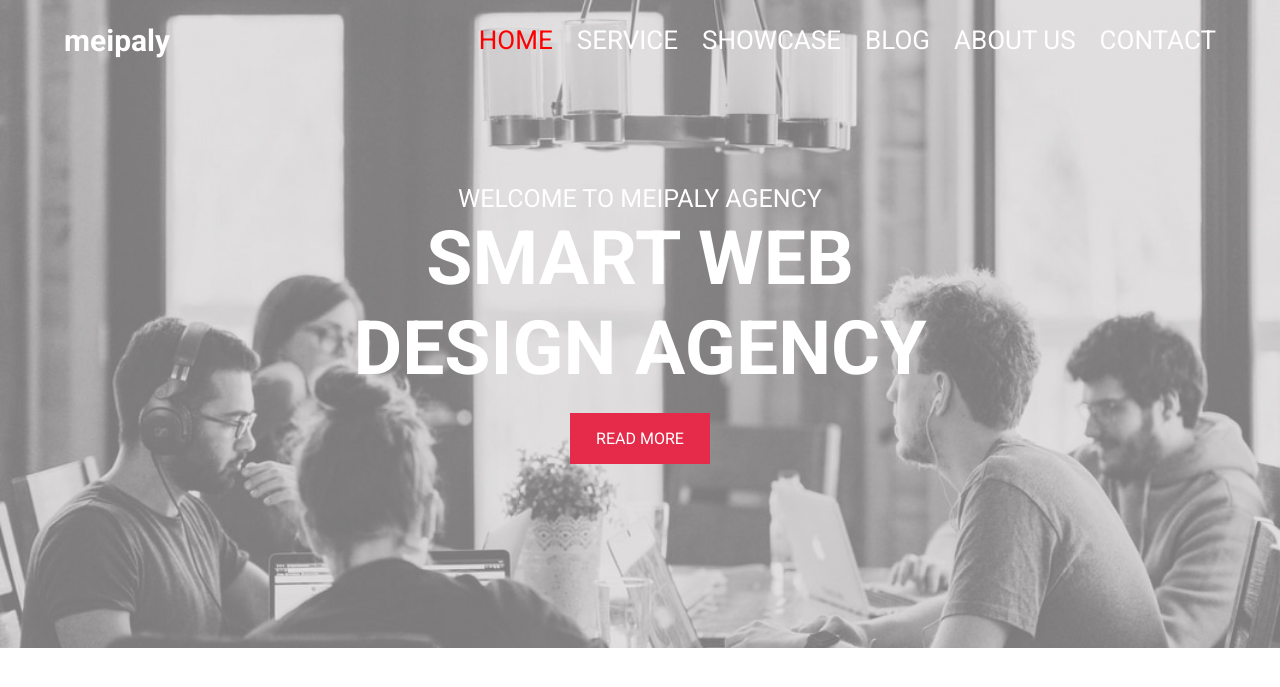
Repository: ducdatit2002/meipaly
Page: index.html
These files come from the project's save history. The page is drawn as it stood at one moment and after the next save; the edit follows.
The browser window is 1280 px wide. The pictures show the whole page.

Above is the page before, as saved 2023-07-10 20:49:06.

After the next save:
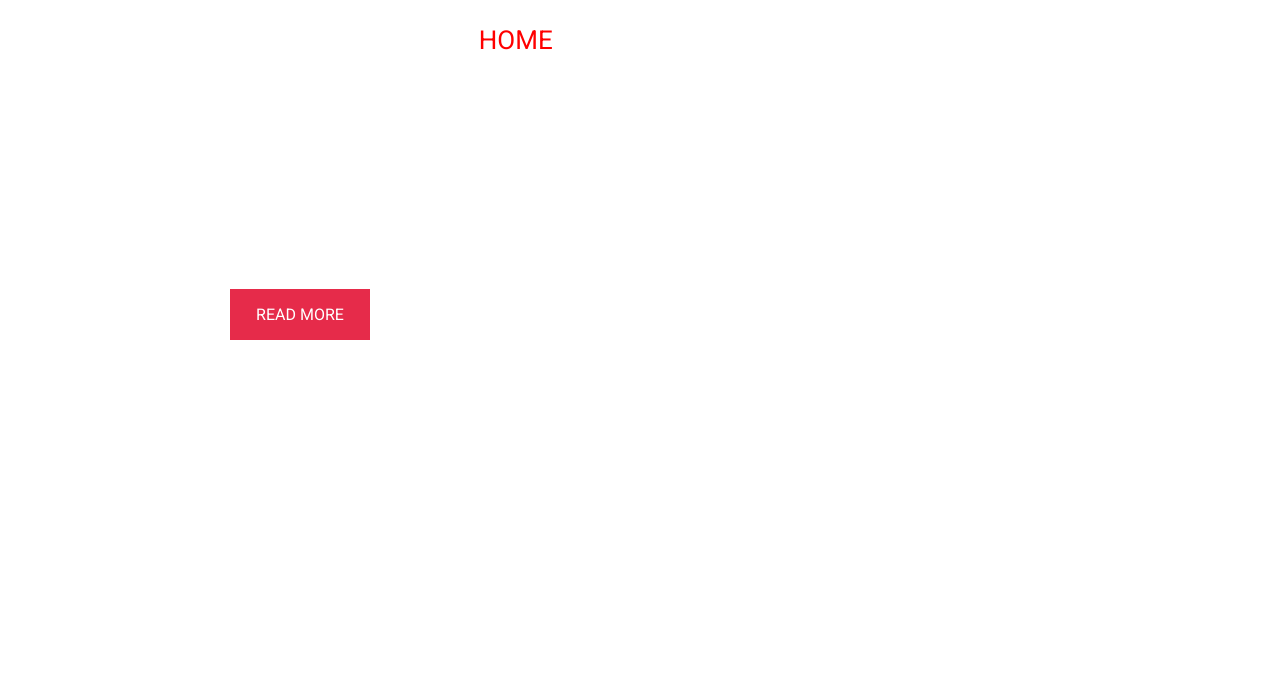
Saved 17 s later.
--- a/index.css
+++ b/index.css
@@ -38,6 +38,7 @@
 header a.active {
     color: red;
 }
+header a
 /* BANNER */
 .banner {
     background-image: url(./img/home_slider.jpg);

After the save that followed:
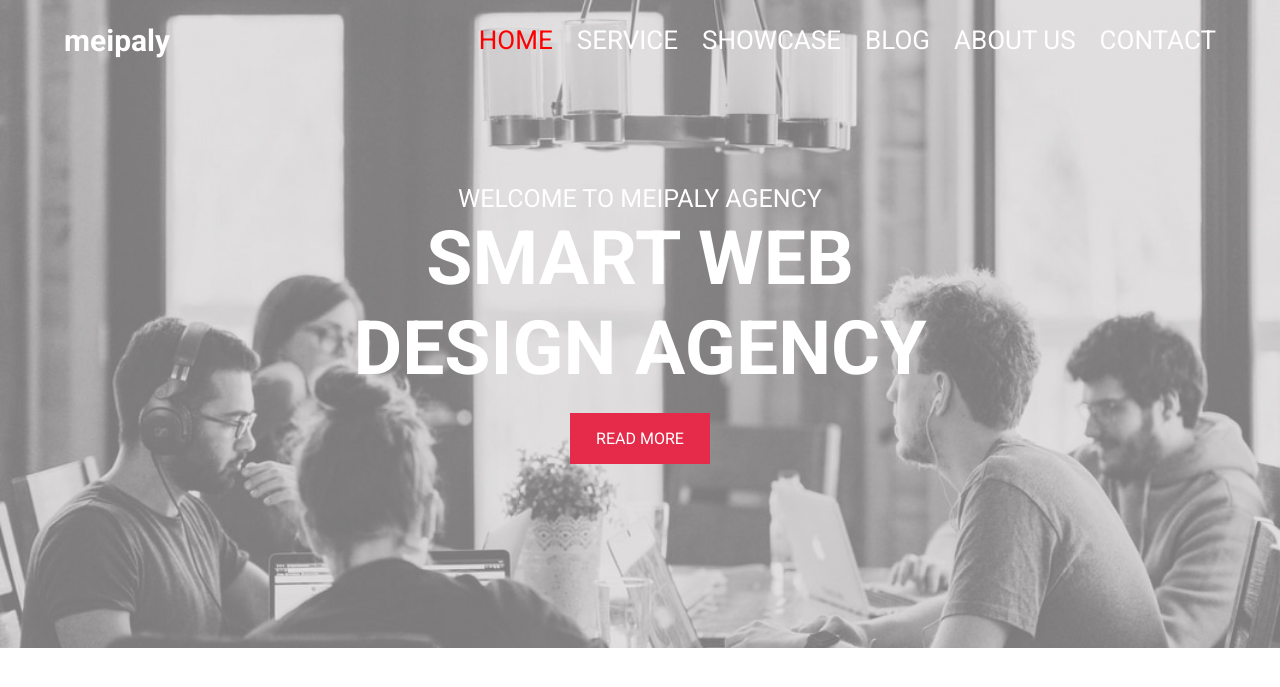
Saved 9 s later.
--- a/index.css
+++ b/index.css
@@ -38,7 +38,9 @@
 header a.active {
     color: red;
 }
-header a
+header a:hover {
+    color: red;
+}
 /* BANNER */
 .banner {
     background-image: url(./img/home_slider.jpg);
